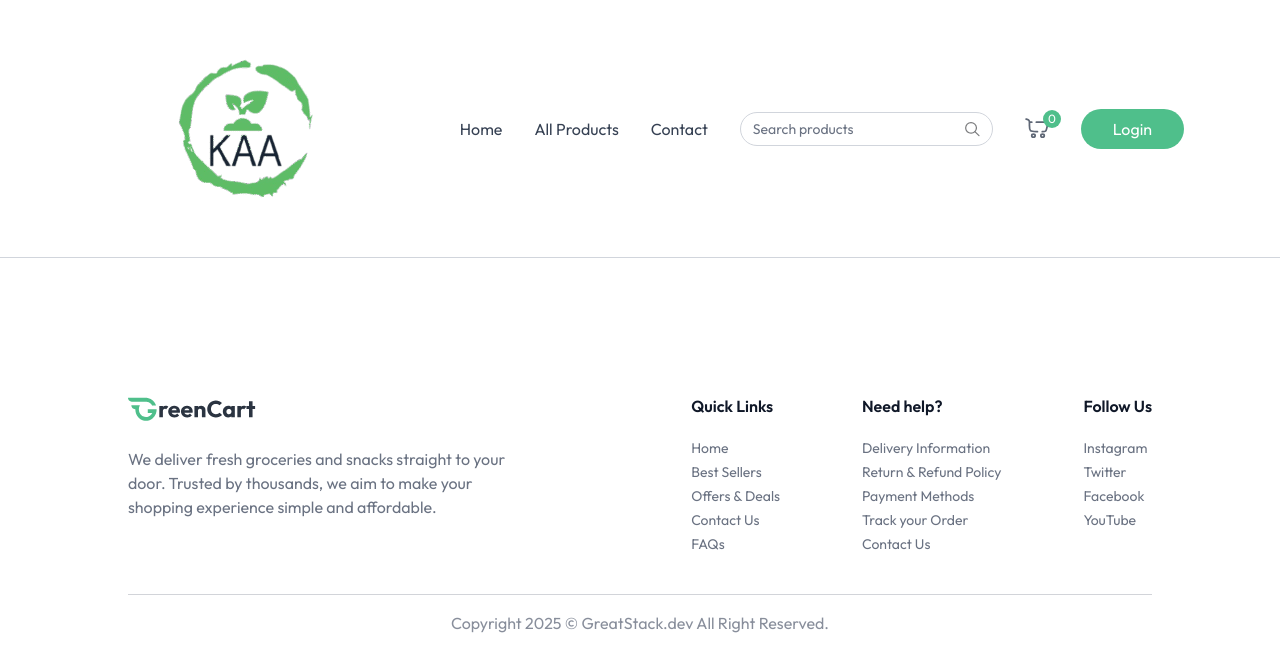
Repository: deepak445566/agro
Page: /cart (app in client/)
The author's editor kept a copy of each file at every save. The page is drawn from the files as they stood at one save, then again after the next save.
The browser window is 1280 px wide. The pictures show the whole page.
The page's requests for data from a server got no answer. Some web fonts or font styles are not loaded; a fallback is used. The project was rebuilt for these pictures with package versions that can differ from the ones it lists, and the page was loaded fresh each time. No one was signed in, and anything a server would have sent is missing. Also part of the build but not shown: client/vite.config.js, client/src/components/MainBanner.jsx, client/src/components/ProductCard.jsx, client/src/components/BestSeller.jsx, client/src/components/BottomBanner.jsx, client/src/components/NewsLetter.jsx, client/src/pages/Home.jsx, client/src/components/Login.jsx and 12 more.

Above is the page before, as saved 2025-12-14 14:25:02.

After the next save:
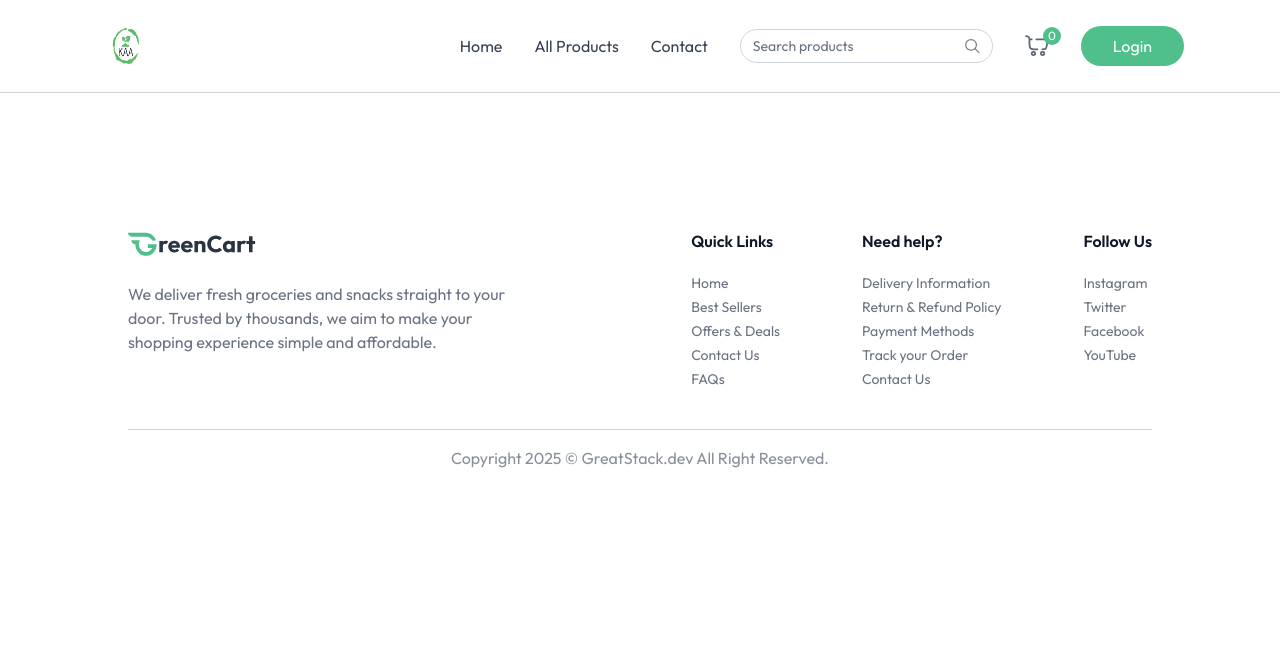
Saved 5 s later.
--- a/client/src/components/Navbar.jsx
+++ b/client/src/components/Navbar.jsx
@@ -35,7 +35,7 @@
  <nav className="flex items-center justify-between px-6 md:px-16 lg:px-24  py-4 border-b border-gray-300 bg-white relative transition-all z-40">
 
           <NavLink to='/' onClick={()=>setOpen(false)}>
-            <img src="/logo.png" alt="logo" className=''/>
+            <img src="/logo.png" alt="logo" className='h-15 w-15'/>
           </NavLink>
 
             {/* Desktop Menu */}
